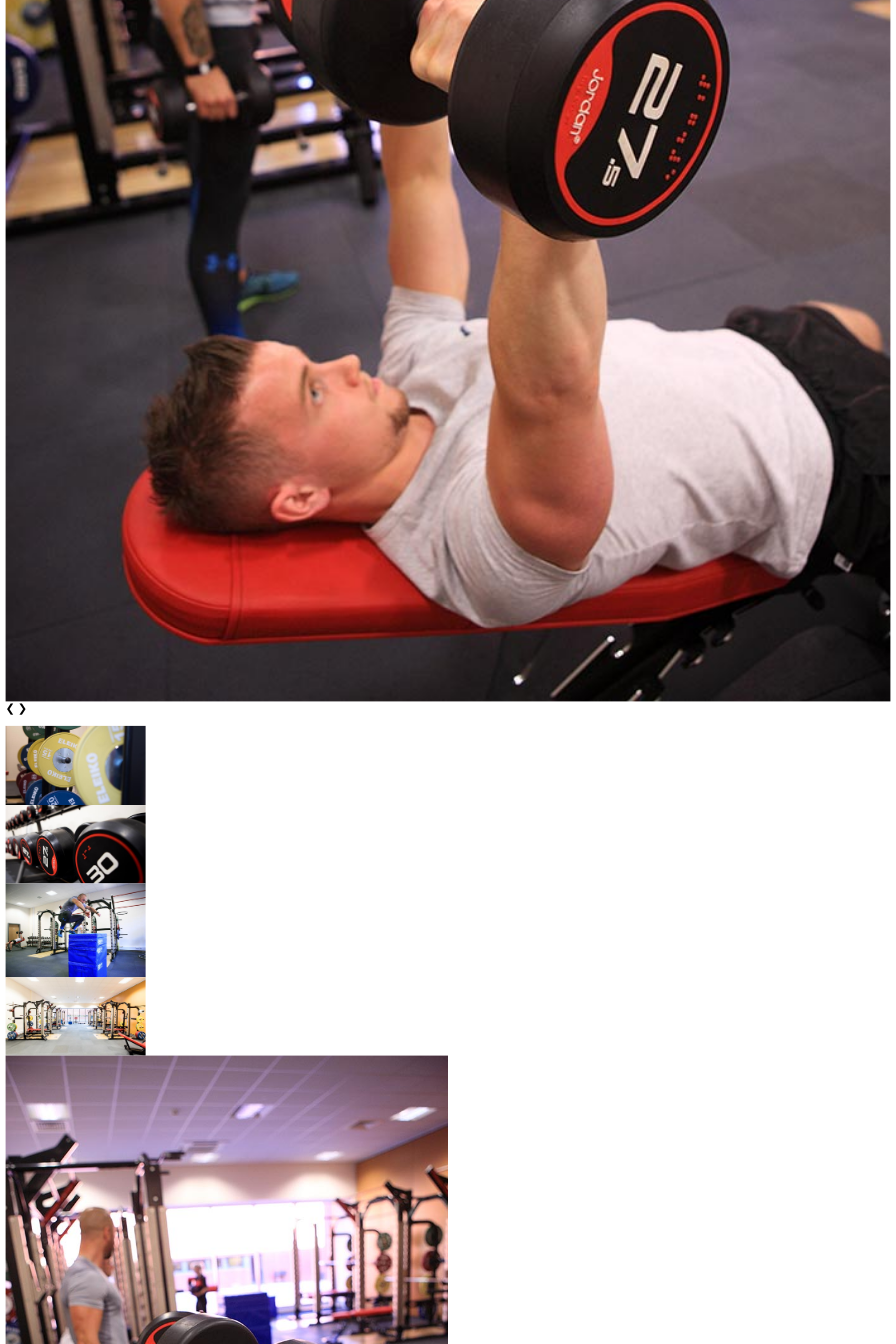
Repository: chrisbialy/academy
Page: http://localhost/View/strength.php
The author's editor kept a record of every edit. The page is drawn from the files as they stood at one moment, then again after the next edit.
The browser window is 1280 px wide. The pictures show the part of the page from y = 4580 to 6500 px (the page is 7062 px tall before and 6414 px after), at 70% of full size.
The page is run by PHP 8.4 with error messages shown; the project is at /var/www/html/.

Above is the page before.
Console error: ReferenceError: $ is not defined

### View/strength.php
<?php
/**
 *  Created by Antoine
 *  Modified by Antoine the 28/02/17
 */
 ?>
 <div class="row">
    <div class="col-lg-12">
        <h1 class="text-center">
            Strength and Conditioning
        </h1>
        <div class="col-md-10 col-md-offset-1">
            <div class="row">
                <div class="col-md-12">
                    Our Strength and conditioning suite has 6 full Olympic standard power racks,
                    complimented with Olympic bars for all users and 2 full sets of collaborated
                    Elieko discs and 4 training sets, lateral pull down machine, leg press, glute-ham
                    bench, plyometric boxes and dumbbell rack. The racks also have access to pull up
                    bars at the front and between racks. The suite has been designed for easy access
                    for wheelchairs with dura-flex flooring laid to be flush with all platforms areas.
                </div>
            </div></br></br>
            <h3 class="text-center"> Our gallery</h3></br>
            <div class="row">
                <div class="col-md-12">
                    <div class="row2">
                        <div class="col-md-1"></div>
                        <div class="col-md-2">
                            <div class="column">
                                <img src="Images/snc01.jpg" style="width:130px" onclick="openModal();currentSlide(1)" class="hover-shadow cursor">
                            </div>
                        </div>
                        <div class="col-md-2">
                            <div class="column">
                                <img src="Images/snc02.jpg" style="width:130px" onclick="openModal();currentSlide(2)" class="hover-shadow cursor">
                            </div>
                        </div>
                        <div class="col-md-2">
                            <div class="column">
                                <img src="Images/snc03.jpg" style="width:130px;height:73.6px" onclick="openModal();currentSlide(3)" class="hover-shadow cursor">
                            </div>
                        </div>
                        <div class="col-md-2">
                            <div class="column">
                                <img src="Images/snc04.jpg" style="width:130px" onclick="openModal();currentSlide(4)" class="hover-shadow cursor">
                            </div>
                        </div>
                        <div class="col-md-2">
                            <div class="column">
                                <img src="Images/snc05.jpg" style="height:73.6px" onclick="openModal();currentSlide(5)" class="hover-shadow cursor">
                            </div>
                        </div>
                    </div>
                </div>
            </div>
            <div id="myModal" class="modal2">
              <span class="close cursor" onclick="closeModal()">&times;</span>
              <div class="modal-content2">

                <div class="mySlides">
                  <div class="numbertext">1 / 5</div>
                  <img src="Images/snc01.jpg" style="width:100%">
                </div>

                <div class="mySlides">
                  <div class="numbertext">2 / 5</div>
                  <img src="Images/snc02.jpg" style="width:100%">
                </div>

                <div class="mySlides">
                  <div class="numbertext">3 / 5</div>
                  <img src="Images/snc03.jpg" style="width:100%">
                </div>

                <div class="mySlides">
                  <div class="numbertext">4 / 5</div>
                  <img src="Images/snc04.jpg" style="width:100%">
                </div>

                <div class="mySlides">
                  <div class="numbertext">5 / 5</div>
                  <img src="Images/snc05.jpg" style="width:100%">
                </div>

                <a class="prev" onclick="plusSlides(-1)">&#10094;</a>
                <a class="next" onclick="plusSlides(1)">&#10095;</a>

                <div class="caption-container">
                  <p id="caption"></p>
                </div>

                <div class="col-md-2">
                    <div class="column">
                      <img class="demo cursor" src="Images/snc01.jpg" style="width:200px" onclick="currentSlide(1)" alt="Strength and Conditioning">
                    </div>
                </div>
                <div class="col-md-2">
                    <div class="column">
                      <img class="demo cursor" src="Images/snc02.jpg" style="width:200px" onclick="currentSlide(2)" alt="Strength and Conditioning">
                    </div>
                </div>
                <div class="col-md-2">
                    <div class="column">
                      <img class="demo cursor" src="Images/snc03.jpg" style="width:200px" onclick="currentSlide(3)" alt="Strength and Conditioning">
                    </div>
                </div>
                <div class="col-md-2">
                    <div class="column">
                      <img class="demo cursor" src="Images/snc04.jpg" style="width:200" onclick="currentSlide(4)" alt="Strength and Conditioning">
                    </div>
                </div>
                <div class="col-md-2">
                    <div class="column">
                      <img class="demo cursor" src="Images/snc05.jpg" style="width:50%" onclick="currentSlide(5)" alt="Strength and Conditioning">
                    </div>
                </div>
              </div>
            </div>
        </div>
    </div>
</div></br>

<script type="text/javascript">
    // code jquery to active or remove css class in the menu bar
    $('#home').removeClass('active');
    $('#gym').removeClass('active');
    $('#fitness').removeClass('active');
    $('#sportsHall').removeClass('active');
    $('#climbingCenter').removeClass('active');
    $('#beauty').removeClass('active');
    $('#register').removeClass('active');
    $('#login').removeClass('active');
    $('#sac').addClass('active');
</script>

After the next edit:
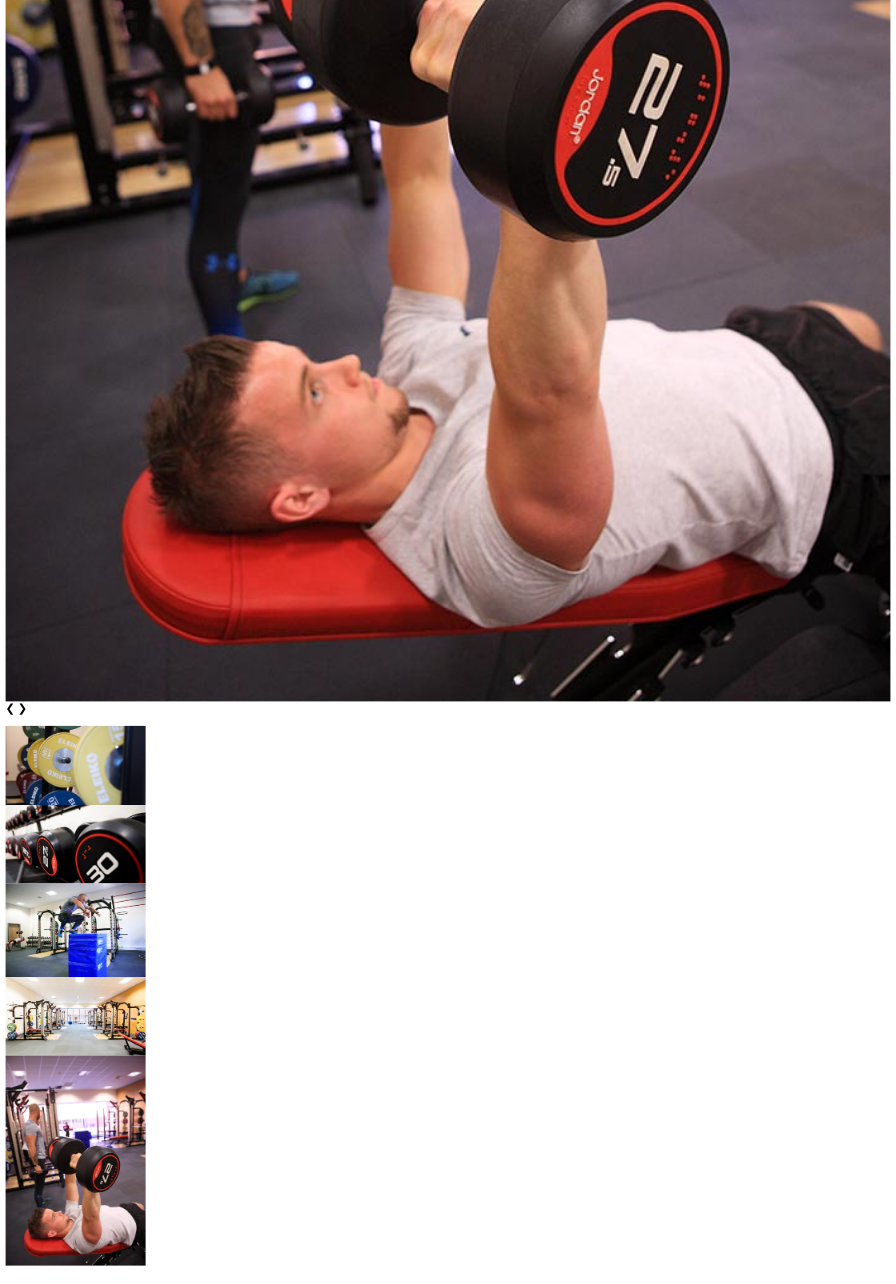
The edit:
--- a/View/strength.php
+++ b/View/strength.php
@@ -111,7 +111,7 @@
                 </div>
                 <div class="col-md-2">
                     <div class="column">
-                      <img class="demo cursor" src="Images/snc05.jpg" style="width:50%" onclick="currentSlide(5)" alt="Strength and Conditioning">
+                      <img class="demo cursor" src="Images/snc05.jpg" style="width:200px" onclick="currentSlide(5)" alt="Strength and Conditioning">
                     </div>
                 </div>
               </div>
